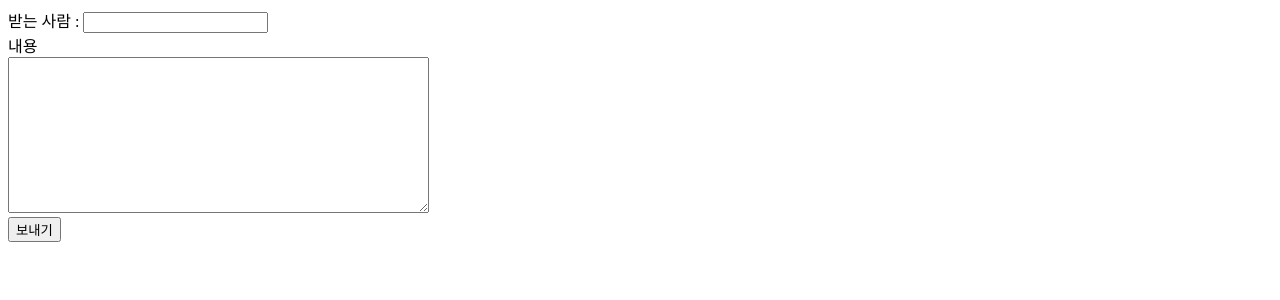
Repository: heebedev/TheJoeun_JSP
Page: http://localhost/TeamProject_05/messageSend.jsp
An editor plug-in stored every save of this project. The page is shown before and after the next save, followed by the edit.
The browser window is 1280 px wide. The pictures show the whole page.
The page is served by Tomcat 9. Other server files are loaded and not shown.

Above is the page before, as saved 2020-06-16 09:15:20.

### TeamProject_05/WebContent/messageSend.jsp
<%@ page language="java" contentType="text/html; charset=UTF-8"
    pageEncoding="UTF-8"%>
<!DOCTYPE html>
<html>
<head>
<meta charset="UTF-8">
<title>쪽지보내기</title>
</head>
<body>


	<form action="messageWin.bill" method="post">
		받는 사람 : <input type="text" name="nickname" value="${usinfo.nickname}" readonly="readonly"><br>
		내용 <br>
		<textarea rows="10" cols="50" name="message"></textarea><br>
		<input type="submit" value="보내기">
	</form>

</body>
</html>

After the next save:
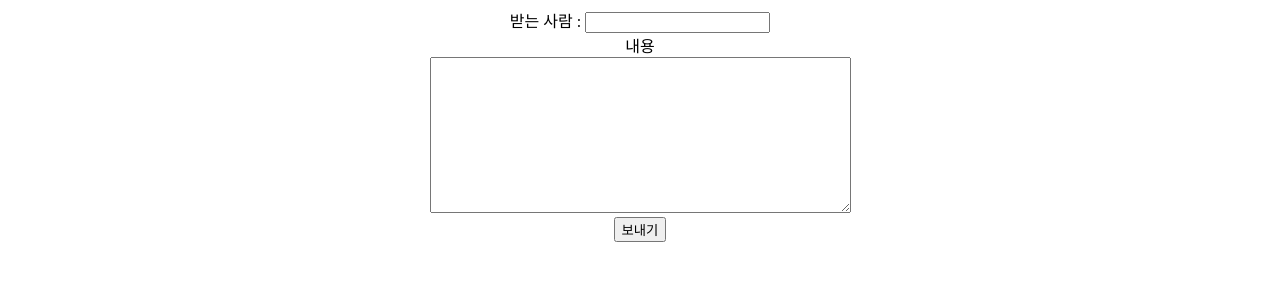
Saved 12 min 18 s later.
--- a/TeamProject_05/WebContent/messageSend.jsp
+++ b/TeamProject_05/WebContent/messageSend.jsp
@@ -9,7 +9,7 @@
 <body>
 
 
-	<form action="messageWin.bill" method="post">
+	<form action="messageWin.bill" method="post" align = "center">
 		받는 사람 : <input type="text" name="nickname" value="${usinfo.nickname}" readonly="readonly"><br>
 		내용 <br>
 		<textarea rows="10" cols="50" name="message"></textarea><br>
